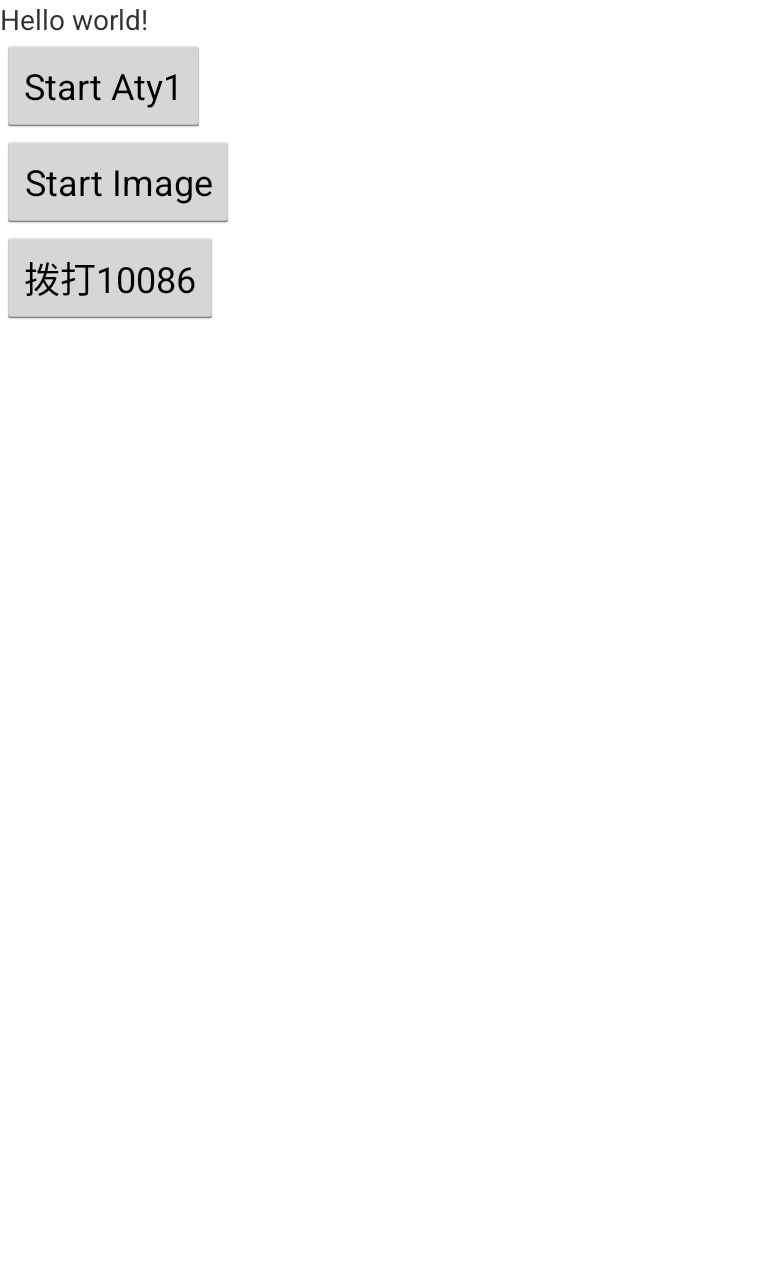
Repository: mchenyuxiang/studyAndroid
Layout: L008Intents/res/layout/activity_main.xml
These files come from the project's save history. The layout is drawn as it stood at one moment and after the next save; the edit follows.
It is drawn on a 768 x 1280 px phone screen (xhdpi) without system bars, with theme AppTheme; the app's code is not run.

Above is the layout before, as saved 2015-02-01 07:34:58.

### L008Intents/res/layout/activity_main.xml
<LinearLayout xmlns:android="http://schemas.android.com/apk/res/android"
    xmlns:tools="http://schemas.android.com/tools"
    android:layout_width="match_parent"
    android:layout_height="match_parent"
    android:orientation="vertical"
    tools:context="com.cyx.l008intents.MainActivity" >

    <TextView
        android:layout_width="wrap_content"
        android:layout_height="wrap_content"
        android:text="@string/hello_world" />

    <Button
        android:id="@+id/btnStartAty1"
        android:layout_width="wrap_content"
        android:layout_height="wrap_content"
        android:text="Start Aty1" />

    <Button
        android:id="@+id/btnStartImage"
        android:layout_width="wrap_content"
        android:layout_height="wrap_content"
        android:text="Start Image" />

    <Button
        android:id="@+id/btnDel10086"
        android:layout_width="wrap_content"
        android:layout_height="wrap_content"
        android:text="拨打10086" />

</LinearLayout>

### L008Intents/res/values/strings.xml
<?xml version="1.0" encoding="utf-8"?>
<resources>

    <string name="app_name">L008Intents</string>
    <string name="hello_world">Hello world!</string>
    <string name="action_settings">Settings</string>

</resources>

Loaded but not shown: L008Intents/res/values/styles.xml (common file); L008Intents/res/values-v11/styles.xml (common file); L008Intents/res/values-v14/styles.xml (common file)

After the next save:
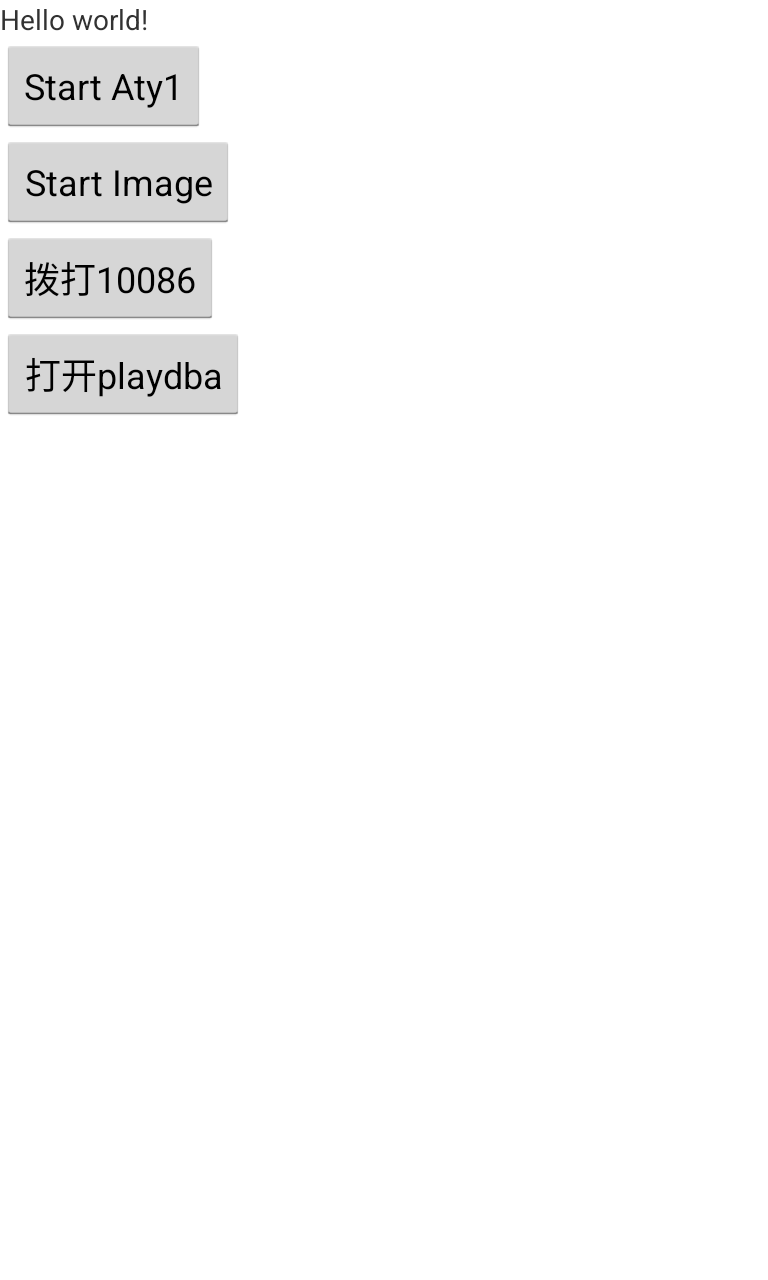
Saved 17 s later.
--- a/L008Intents/res/layout/activity_main.xml
+++ b/L008Intents/res/layout/activity_main.xml
@@ -28,4 +28,10 @@
         android:layout_height="wrap_content"
         android:text="拨打10086" />
 
+    <Button
+        android:id="@+id/button1"
+        android:layout_width="wrap_content"
+        android:layout_height="wrap_content"
+        android:text="打开playdba" />
+
 </LinearLayout>
